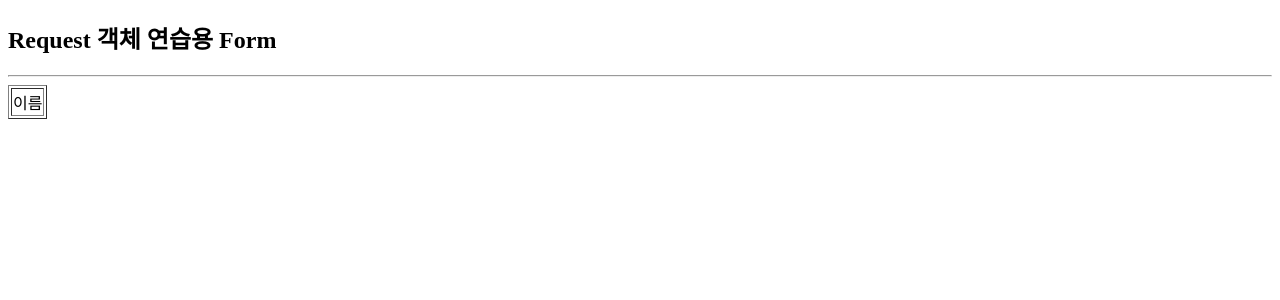
Repository: p2terkim/servletWork
Page: http://localhost/servletTest/basic/02/requestTest01.jsp
The author's editor kept a copy of each file at every save. The page is drawn from the files as they stood at one save, then again after the next save.
The browser window is 1280 px wide. The pictures show the whole page.
The page is served by Tomcat 9. Other server files are loaded and not shown.

Above is the page before, as saved 2021-05-14 06:06:32.

### servletTest/WebContent/basic/02/requestTest01.jsp
<%@ page language="java" contentType="text/html; charset=UTF-8"
    pageEncoding="UTF-8"%>
<!DOCTYPE html>
<html>
<head>
<meta charset="UTF-8">
<title>Request연습용 Form</title>
</head>
<body>
<h2>Request 객체 연습용 Form</h2>
<hr>
<form name="textForm" method="post" action="/servletTest/requestTest01.do">
<table border="1">
<tr>
	<td>이름</td>


</table>

</form>
</body>
</html>

After the next save:
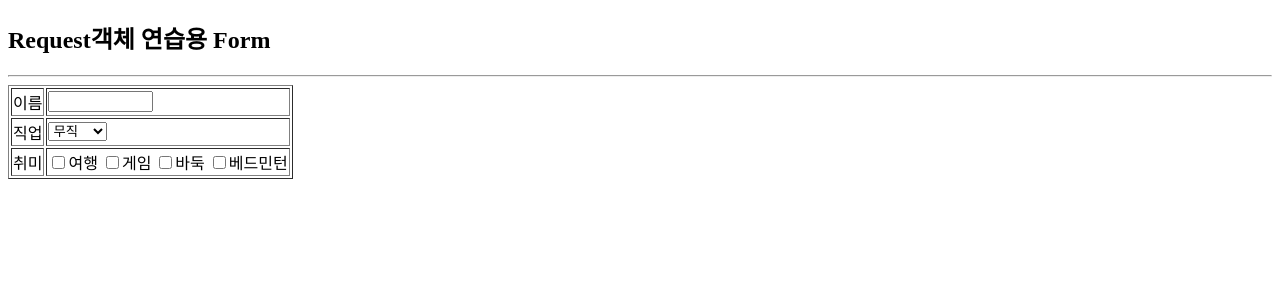
Saved 41 s later.
--- a/servletTest/WebContent/basic/02/requestTest01.jsp
+++ b/servletTest/WebContent/basic/02/requestTest01.jsp
@@ -7,16 +7,39 @@
 <title>Request연습용 Form</title>
 </head>
 <body>
-<h2>Request 객체 연습용 Form</h2>
-<hr>
-<form name="textForm" method="post" action="/servletTest/requestTest01.do">
-<table border="1">
-<tr>
-	<td>이름</td>
+   <h2>Request객체 연습용 Form</h2>
+   <hr>
+   <form name="textForm" method="post" action="/servletTest/requestTest01">
+   <table border="1">
+      <tr>
+         <td>이름</td>
+         <td><input type="text" size="10" name="username"></td>
 
+      </tr>
 
-</table>
+      <tr>
+         <td>직업</td>
+         <td>
+            <select name="job">
+               <option value="무직">무직</option>
+               <option value="회사원">회사원</option>
+               <option value="전문직">전문직</option>
+               <option value="학생">학생</option>
+            </select>
+         </td>
+      </tr>
 
-</form>
+      <tr>
+         <td>취미</td>
+         <td>
+            <input type="checkbox" name="hobby" value="여행">여행
+            <input type="checkbox" name="hobby" value="게임">게임
+            <input type="checkbox" name="hobby" value="바둑">바둑
+            <input type="checkbox" name="hobby" value="베드민턴">베드민턴
+         </td>
+      </tr>
+
+   </table>
+   </form>
 </body>
 </html>
